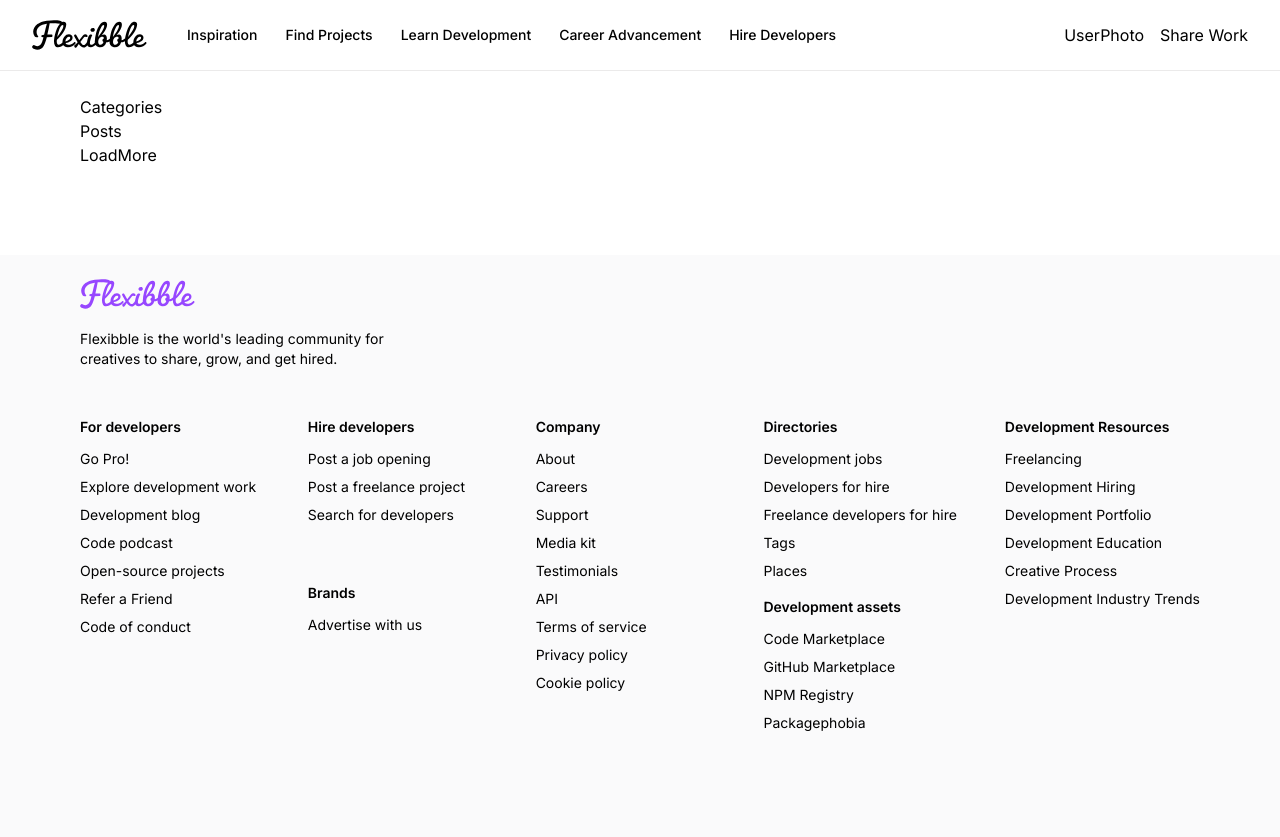
Repository: davedeguia/grafbase_flexibble
Page: /
An editor plug-in stored every save of this project. The page is shown before and after the next save, followed by the edit.
The browser window is 1280 px wide. The pictures show the whole page.
The project was rebuilt for these pictures with package versions that can differ from the ones it lists, and the page was loaded fresh each time. The framework's server and built-in components were replaced by stand-ins that run in the browser. Also part of the build but not shown: next.config.js, app/components/AuthProviders.tsx.

Above is the page before, as saved 2023-07-16 07:57:02.

### app/layout.tsx
import Footer from './components/Footer'
import Navbar from './components/Navbar'
import './globals.css'

export const metadata = {
  title: 'Flexibble',
  description: 'Showcase and discover remarkable developer projects',
}

export default function RootLayout({
  children,
}: {
  children: React.ReactNode
}) {
  return (
    <html lang='en'>
      <body>
        <Navbar />
        <main>{children}</main>
        <Footer />
      </body>
    </html>
  )
}

### app/page.tsx
const Home = () => {
  return (
    <section className='flex-start flex-col paddings mb-16'>
      <h1>Categories</h1>
      <h1>Posts</h1>
      <h1>LoadMore</h1>
    </section>
  )
}

export default Home

### app/components/Footer.tsx
import Image from 'next/image'
import React from 'react'
import { footerLinks } from '../constants'
import Link from 'next/link'

type ColumnProps = {
  title: string
  links: Array<string>
}

const FooterColumn = ({ title, links }: ColumnProps) => (
  <div className='footer_column'>
    <h4 className='font-semibold'>{title}</h4>
    <ul className='flex flex-col gap-2 font-normal'>
      {links.map((link) => (
        <Link href='/' key={link}>
          {link}
        </Link>
      ))}
    </ul>
  </div>
)

const Footer = () => {
  return (
    <footer className='flexStart footer'>
      <div className='flex flex-col gap-12 w-full'>
        <div className='flex items-start flex-col'>
          <Image
            src='/logo-purple.svg'
            width={115}
            height={38}
            alt='Flexible'
          />

          <p className='text-start text-sm font-normal mt-5 max-w-xs'>
            Flexibble is the world's leading community for creatives to share,
            grow, and get hired.
          </p>
        </div>
        <div className='flex flex-wrap gap-12'>
          <FooterColumn
            title={footerLinks[0].title}
            links={footerLinks[0].links}
          />

          <div className='flex-1 flex flex-col gap-4'>
            <FooterColumn
              title={footerLinks[1].title}
              links={footerLinks[1].links}
            />
            <FooterColumn
              title={footerLinks[2].title}
              links={footerLinks[2].links}
            />
          </div>
          <FooterColumn
            title={footerLinks[3].title}
            links={footerLinks[3].links}
          />
          <div className='flex-1 flex flex-col gap-4'>
            <FooterColumn
              title={footerLinks[4].title}
              links={footerLinks[4].links}
            />
            <FooterColumn
              title={footerLinks[5].title}
              links={footerLinks[5].links}
            />
          </div>

          <FooterColumn
            title={footerLinks[6].title}
            links={footerLinks[6].links}
          />
        </div>
      </div>

      <div className='flexBetween footer_copyright'></div>
    </footer>
  )
}

export default Footer

### app/components/Navbar.tsx
import React from 'react'
import Link from 'next/link'
import Image from 'next/image'
import { NavLinks } from '../constants'
import AuthProviders from './AuthProviders'

const Navbar = () => {
  const session = {}
  return (
    <nav className='flexBetween navbar'>
      <div className='flex-1 flexStart gap-10'>
        <Link href='/'>
          <Image src='/logo.svg' width={115} height={43} alt='Flexible' />
        </Link>
        <ul className='xl:flex hidden text-small gap-7'>
          {NavLinks.map((link) => (
            <Link href={link.href} key={link.key}>
              {link.text}
            </Link>
          ))}
        </ul>
      </div>
      <div className='flexCenter gap-4'>
        {session ? (
          <>
            UserPhoto
            <Link href='/create-project'>Share Work</Link>
          </>
        ) : (
          <AuthProviders />
        )}
      </div>
    </nav>
  )
}

export default Navbar

### app/constants/index.tsx
export const NavLinks = [
  { href: '/', key: 'Inspiration', text: 'Inspiration' },
  { href: '/', key: 'Find Projects', text: 'Find Projects' },
  { href: '/', key: 'Learn Development', text: 'Learn Development' },
  { href: '/', key: 'Career Advancement', text: 'Career Advancement' },
  { href: '/', key: 'Hire Developers', text: 'Hire Developers' },
]

export const categoryFilters = [
  'Frontend',
  'Backend',
  'Full-Stack',
  'Mobile',
  'UI/UX',
  'Game Dev',
  'DevOps',
  'Data Science',
  'Machine Learning',
  'Cybersecurity',
  'Blockchain',
  'E-commerce',
  'Chatbots',
]

export const footerLinks = [
  {
    title: 'For developers',
    links: [
      'Go Pro!',
      'Explore development work',
      'Development blog',
      'Code podcast',
      'Open-source projects',
      'Refer a Friend',
      'Code of conduct',
    ],
  },
  {
    title: 'Hire developers',
    links: [
      'Post a job opening',
      'Post a freelance project',
      'Search for developers',
    ],
  },
  {
    title: 'Brands',
    links: ['Advertise with us'],
  },
  {
    title: 'Company',
    links: [
      'About',
      'Careers',
      'Support',
      'Media kit',
      'Testimonials',
      'API',
      'Terms of service',
      'Privacy policy',
      'Cookie policy',
    ],
  },
  {
    title: 'Directories',
    links: [
      'Development jobs',
      'Developers for hire',
      'Freelance developers for hire',
      'Tags',
      'Places',
    ],
  },
  {
    title: 'Development assets',
    links: [
      'Code Marketplace',
      'GitHub Marketplace',
      'NPM Registry',
      'Packagephobia',
    ],
  },
  {
    title: 'Development Resources',
    links: [
      'Freelancing',
      'Development Hiring',
      'Development Portfolio',
      'Development Education',
      'Creative Process',
      'Development Industry Trends',
    ],
  },
]

### tailwind.config.js
/** @type {import('tailwindcss').Config} */
module.exports = {
  content: [
    './pages/**/*.{js,ts,jsx,tsx,mdx}',
    './components/**/*.{js,ts,jsx,tsx,mdx}',
    './app/**/*.{js,ts,jsx,tsx,mdx}',
  ],
  theme: {
    extend: {
      colors: {
        'nav-border': '#EBEAEA',
        'light-white': '#FAFAFB',
        'light-white-100': '#F1F4F5',
        'light-white-200': '#d7d7d7',
        'light-white-300': '#F3F3F4',
        'light-white-400': '#E2E5F1',
        'light-white-500': '#E4E4E4',
        gray: '#4D4A4A',
        'gray-100': '#3d3d4e',
        'black-100': '#252525',
        'primary-purple': '#9747FF',
        'gray-50': '#D9D9D9',
      },
      boxShadow: {
        menu: '0px 159px 95px rgba(13,12,34,0.01), 0px 71px 71px rgba(13,12,34,0.02), 0px 18px 39px rgba(13,12,34,0.02), 0px 0px 0px rgba(13,12,34,0.02)',
      },
      screens: {
        xs: '400px',
      },
      maxWidth: {
        '10xl': '1680px',
      },
    },
  },
  plugins: [],
}

Loaded but not shown: app/globals.css (common file)

After the next save:
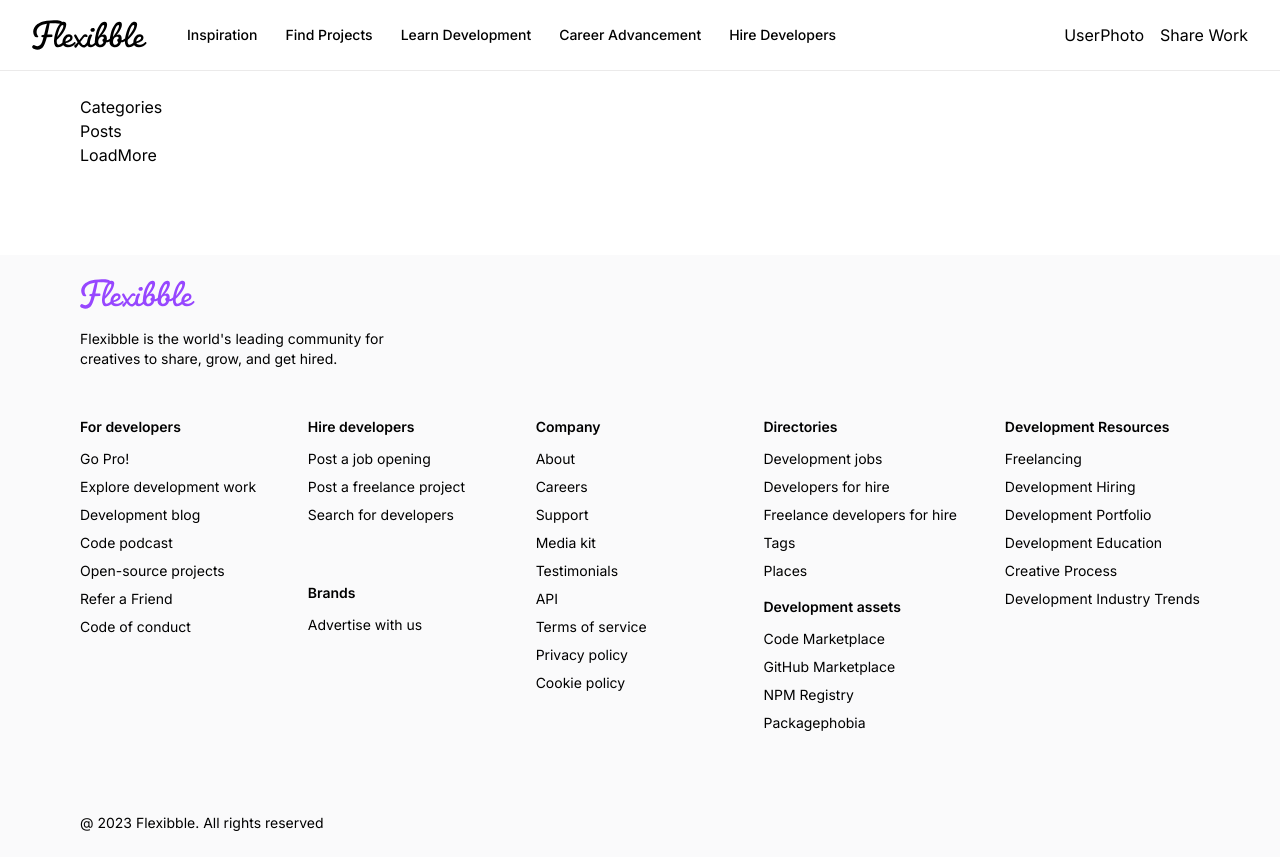
Saved 35 s later.
--- a/app/components/Footer.tsx
+++ b/app/components/Footer.tsx
@@ -76,7 +76,10 @@
         </div>
       </div>
 
-      <div className='flexBetween footer_copyright'></div>
+      <div className='flexBetween footer_copyright'>
+        <p>@ 2023 Flexibble. All rights reserved</p>
+        <p></p>
+      </div>
     </footer>
   )
 }
